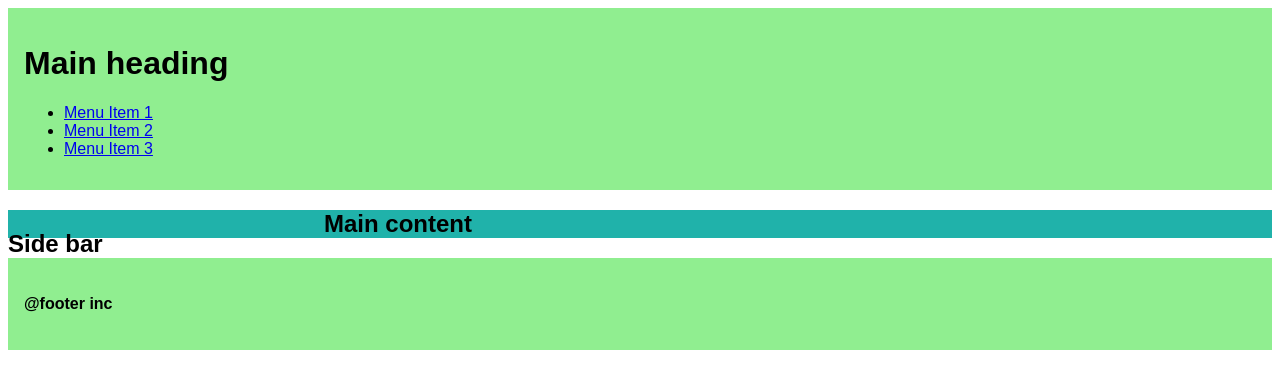
Repository: lasity34/first_layout
Page: index.html
The author's editor kept a copy of each file at every save. The page is drawn from the files as they stood at one save, then again after a run of saves.
The browser window is 1280 px wide. The pictures show the whole page.

Above is the page before, as saved 2023-03-06 10:40:30.

### index.html
<!DOCTYPE html>
<html lang="en">
<head>
    <meta charset="UTF-8">
    <meta http-equiv="X-UA-Compatible" content="IE=edge">
    <meta name="viewport" content="width=device-width, initial-scale=1.0">
    <title>Document</title>
    <style>
        body {
            font-family: Arial, Helvetica, sans-serif;
        }

        .header {
            background-color: lightgreen;
            padding: 1em;
        }

        .main {
            background-color: lightseagreen;
        }

        .footer {
            background-color: lightgreen;
            padding: 1em;
        }

        .side-bar {
            float: left;
            width: 25%;
        }

        .clearfix {
            overflow: auto;
            zoom: 1;
        }
    </style>
</head>
<body>
    <div class="container">
        <div class="header">
            <h1>Main heading</h1>
            <ul class="menu">
                <li><a href="#">Menu Item 1</a></li>
                <li><a href="#">Menu Item 2</a></li>
                <li><a href="#">Menu Item 3</a></li>
            </ul>
        </div>
        <div class="main">
            <div class="side-bar">
                <h2>Side bar</h2>
            </div>
            <div class="content">
                <h2>Main content</h2>
            </div>
        </div>
        <div class="footer"><h4>@footer inc</h4></div>
    </div>
</body>
</html>

After the next 2 saves:
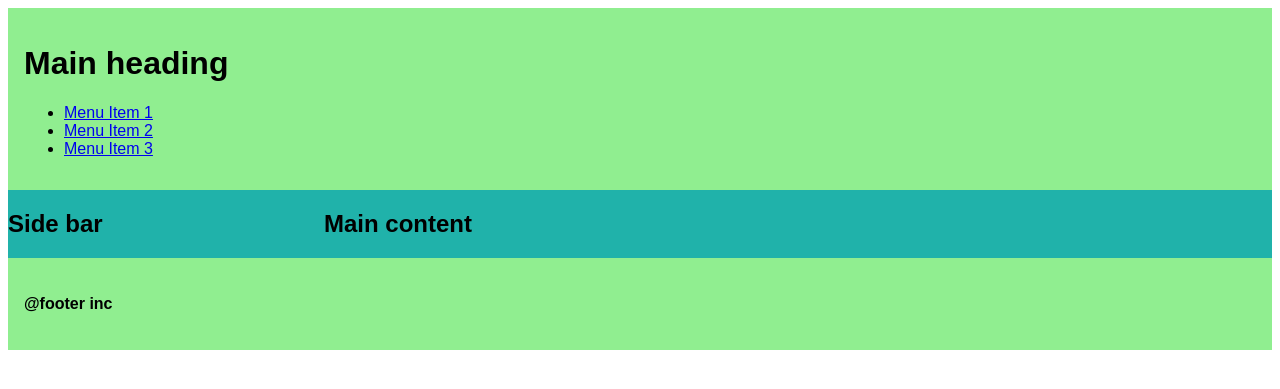
The 2 saves are shown as one change because they came seconds apart.
The last was saved 31 s later.
--- a/index.html
+++ b/index.html
@@ -45,7 +45,7 @@
                 <li><a href="#">Menu Item 3</a></li>
             </ul>
         </div>
-        <div class="main">
+        <div class="main clearfix">
             <div class="side-bar">
                 <h2>Side bar</h2>
             </div>
